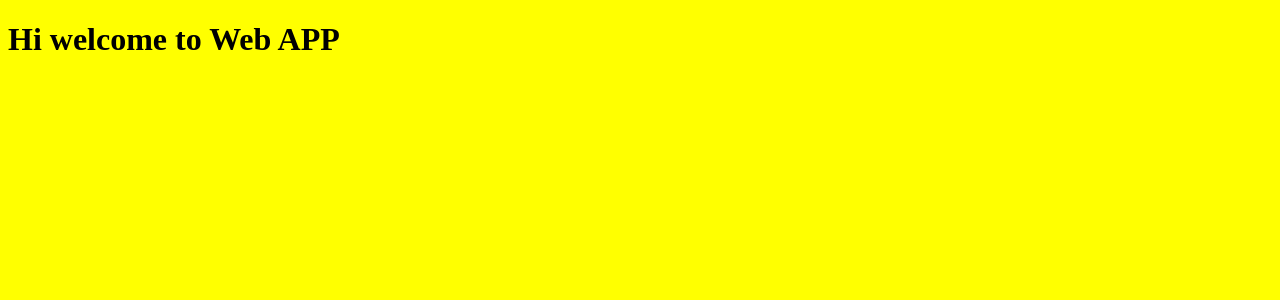
Repository: Thaneshwara848/TCS_B1
Page: webDemo5/src/main/webapp/Login.html
An editor plug-in stored every save of this project. The page is shown before and after a run of saves, followed by the edit.
The browser window is 1280 px wide. The pictures show the whole page.

Above is the page before, as saved 2022-11-14 05:36:10.

### webDemo5/src/main/webapp/Login.html
<!DOCTYPE html>
<html>
<head>
<meta charset="UTF-8">
<title>Insert title here</title>
</head>
<body bgcolor="yellow">

<h1> Hi welcome to Web APP</h1>



</body>
</html>

After the next 2 saves:
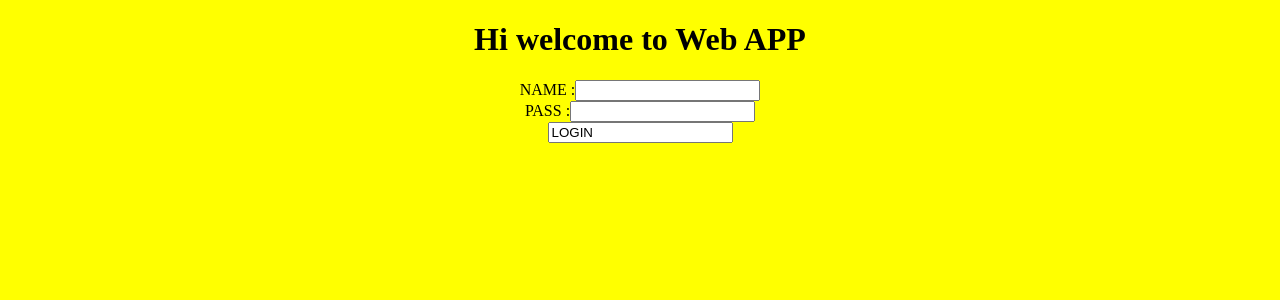
The 2 saves are shown as one change because they came seconds apart.
The last was saved 77 s later.
--- a/webDemo5/src/main/webapp/Login.html
+++ b/webDemo5/src/main/webapp/Login.html
@@ -6,9 +6,14 @@
 </head>
 <body bgcolor="yellow">
 
-<h1> Hi welcome to Web APP</h1>
-
-
+<center>
+	<h1> Hi welcome to Web APP</h1>
+	<form action="">
+		NAME :<input type="text" name="username"><br>
+		PASS :<input type="text" name="userpass"><br>
+		<input type="text" value="LOGIN">
+	</form>
+</center>
 
 </body>
 </html>
